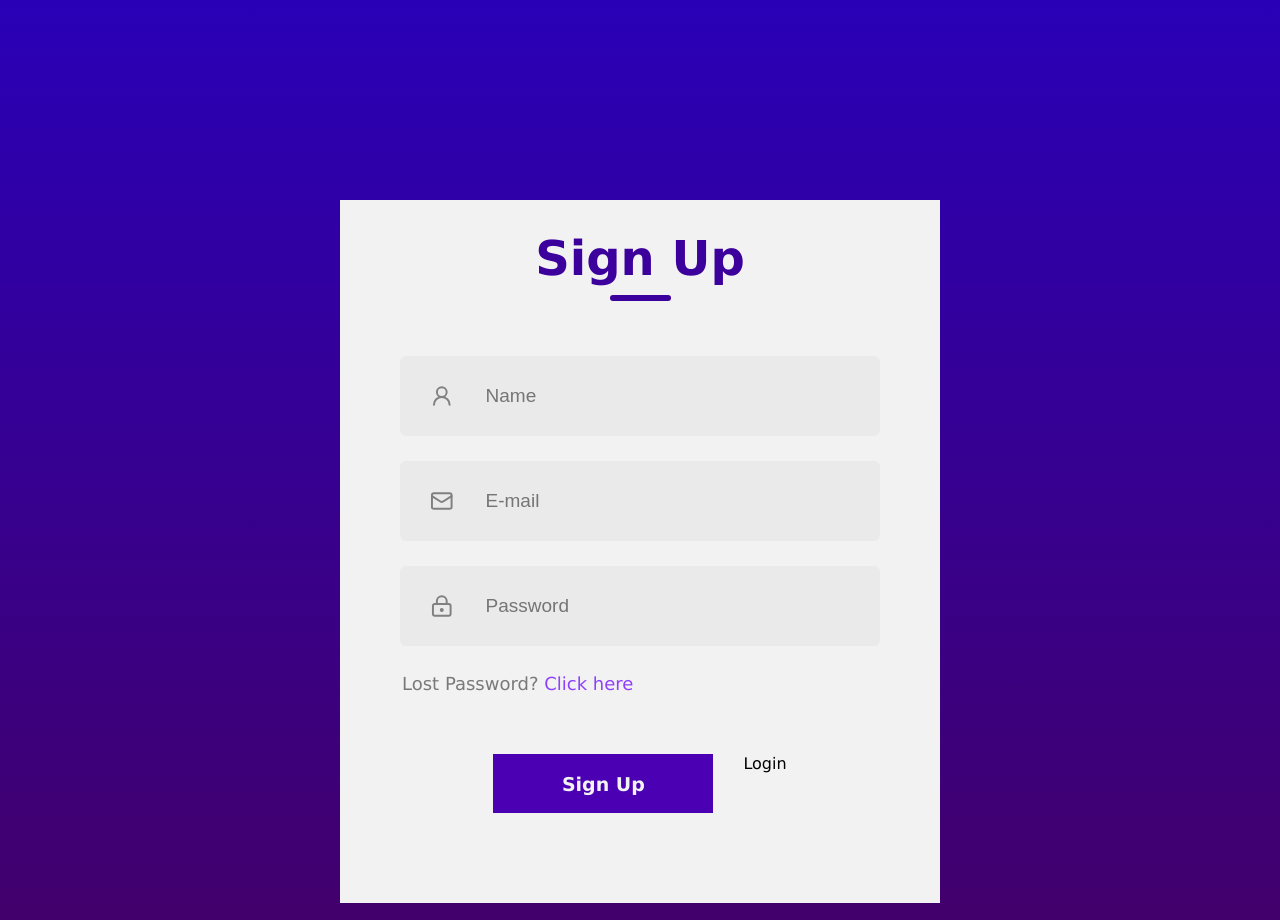
Repository: guilhermecardoso93/login-page
Page: /
The author's editor kept a copy of each file at every save. The page is drawn from the files as they stood at one save, then again after the next save.
The browser window is 1280 px wide. The pictures show the whole page.
The project was rebuilt for these pictures with package versions that can differ from the ones it lists, and the page was loaded fresh each time. Also part of the build but not shown: vite.config.js.

Above is the page before, as saved 2024-10-22 19:34:55.

After the next save:
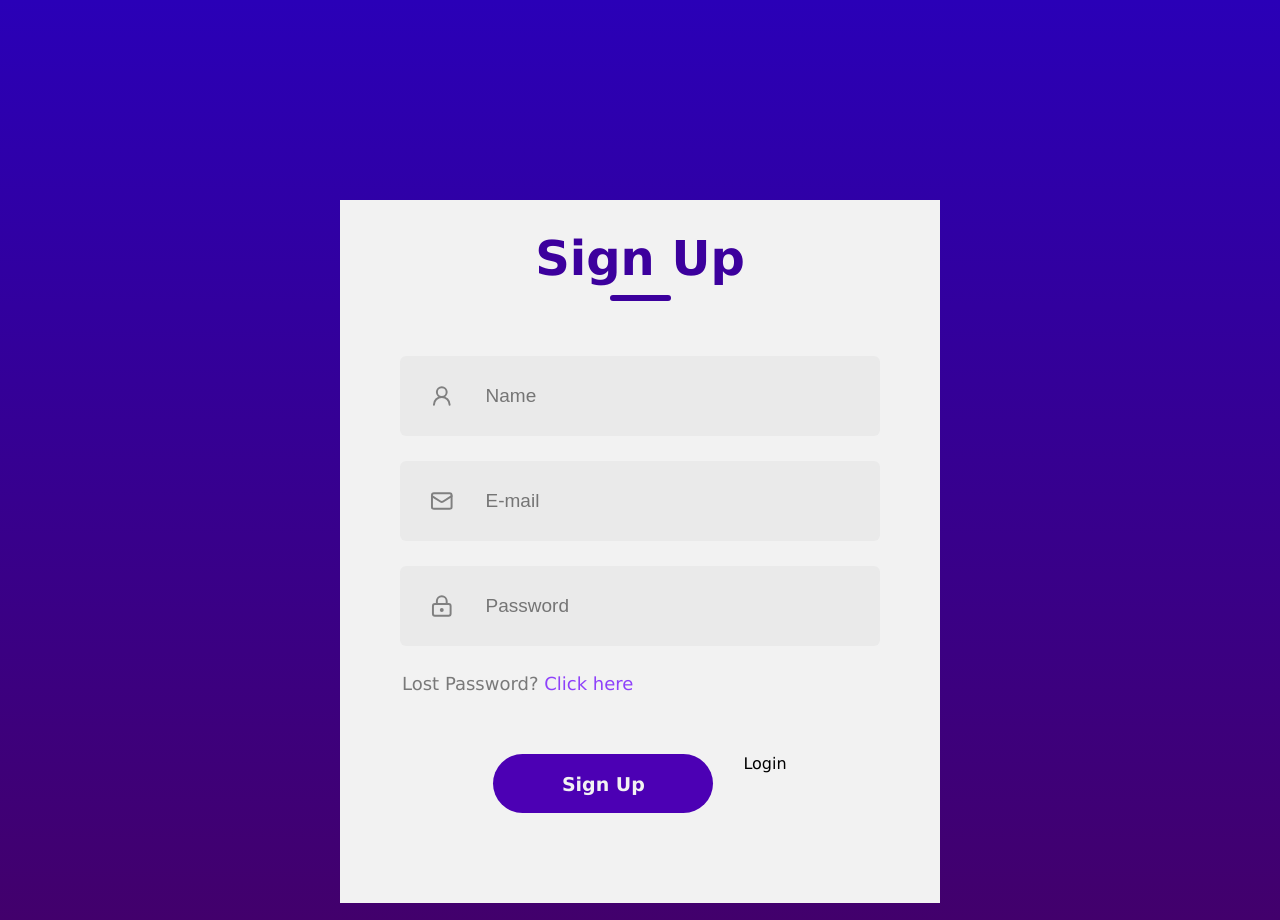
Saved 20 s later.
--- a/src/components/Login/Login.css
+++ b/src/components/Login/Login.css
@@ -92,6 +92,8 @@ header span {
   height: 59px;
   color: #f2f2f2;
   background-color: #4c00b4;
-  font-size: 19px;
+  border-radius: 50px;
+    font-size: 19px;
   font-weight: 700;
+  cursor: pointer;
 }
